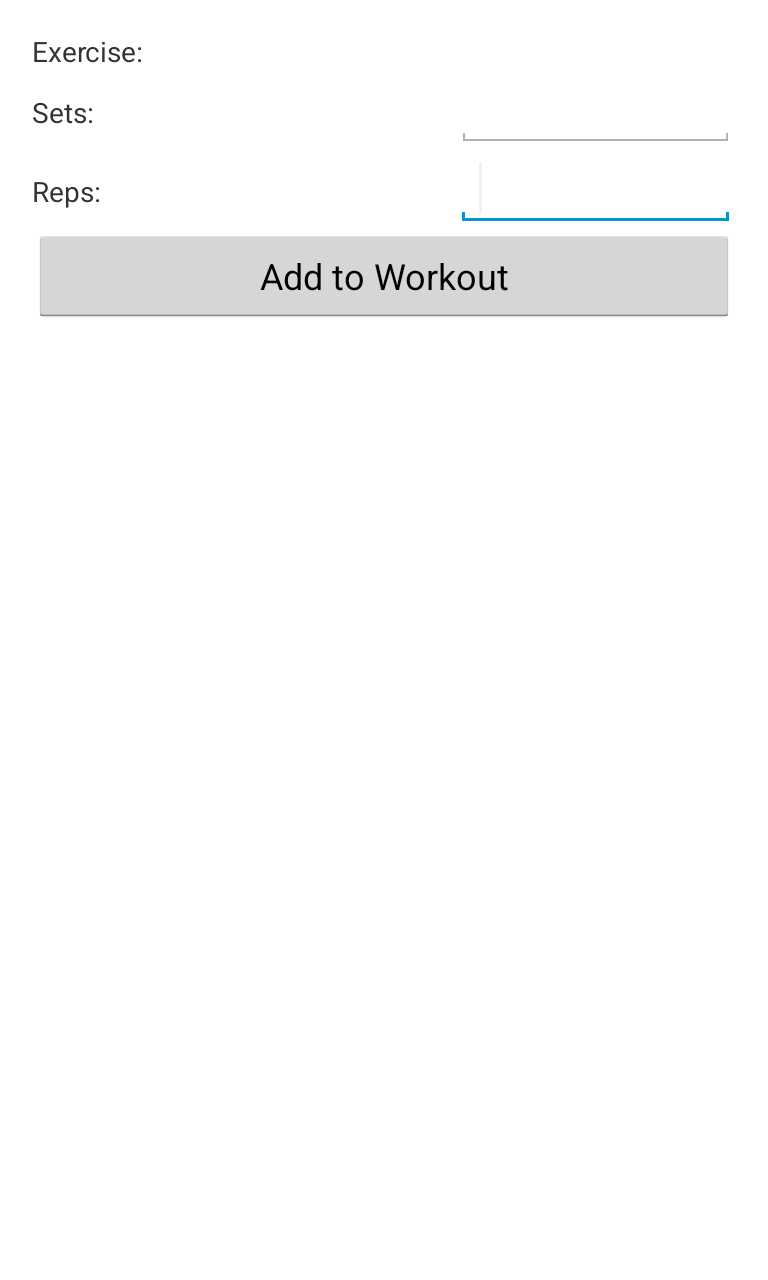
Repository: jmcdon09/EZWorkout
Layout: EzTrain/EzTrain/res/layout/activity_preview_exercise.xml
These files come from the project's save history. The layout is drawn as it stood at one moment and after the next save; the edit follows.
It is drawn on a 768 x 1280 px phone screen (xhdpi) without system bars, with theme AppTheme; the app's code is not run.

Above is the layout before, as saved 2014-03-27 23:33:55.

### EzTrain/EzTrain/res/layout/activity_preview_exercise.xml
<LinearLayout xmlns:android="http://schemas.android.com/apk/res/android"
    xmlns:tools="http://schemas.android.com/tools"
    android:id="@+id/LinearLayout1"
    android:layout_width="match_parent"
    android:layout_height="match_parent"
    android:orientation="vertical"
    android:paddingBottom="@dimen/activity_vertical_margin"
    android:paddingLeft="@dimen/activity_horizontal_margin"
    android:paddingRight="@dimen/activity_horizontal_margin"
    android:paddingTop="@dimen/activity_vertical_margin"
    tools:context=".PreviewExercise" >

    <LinearLayout
        android:weightSum="100"
        android:layout_width="match_parent"
        android:layout_height="wrap_content"
        android:orientation="horizontal" >

        <TextView
            android:layout_weight="60"
            android:layout_width="fill_parent"
            android:layout_height="wrap_content"
            android:text="@string/exercise" />

        <TextView
            android:layout_weight="40"
            android:id="@+id/preview_exercise_name"
            android:layout_width="fill_parent"
            android:layout_height="wrap_content" />

    </LinearLayout>

    <LinearLayout
        android:weightSum="100"
        android:layout_width="fill_parent"
        android:layout_height="wrap_content"
        android:orientation="horizontal" >

        <TextView
            android:layout_weight="40"
            android:layout_width="fill_parent"
            android:layout_height="wrap_content"
            android:text="@string/preview_exer_set" />

        <EditText
            android:layout_weight="60"
            android:id="@+id/preview_exer_set_number"
            android:layout_width="fill_parent"
            android:layout_height="wrap_content"
            android:ems="10"
            android:inputType="numberSigned" >

            <requestFocus />
        </EditText>
    </LinearLayout>

    <LinearLayout
        android:weightSum="100"
        android:layout_width="fill_parent"
        android:layout_height="wrap_content"
        android:orientation="horizontal" >

        <TextView
            android:layout_weight="40"
            android:layout_width="fill_parent"
            android:layout_height="wrap_content"
            android:text="@string/preview_exer_reps" />

        <EditText
            android:layout_weight="60"
            android:id="@+id/preview_exer_rep_number"
            android:layout_width="fill_parent"
            android:layout_height="wrap_content"
            android:ems="10"
            android:inputType="numberSigned" >

            <requestFocus />
        </EditText>
    </LinearLayout>

    <Button
        android:id="@+id/button1"
        android:layout_width="fill_parent"
        android:layout_gravity="center"
        android:layout_height="wrap_content"
        android:text="Add to Workout" />

</LinearLayout>

### EzTrain/EzTrain/res/values-v11/styles.xml
<?xml version="1.0" encoding="utf-8"?>
<resources>

    <!--
        Base application theme for API 11+. This theme completely replaces
        AppBaseTheme from res/values/styles.xml on API 11+ devices.
    -->
    <style name="AppBaseTheme" parent="android:Theme.Holo.Light">
        <!-- API 11 theme customizations can go here. -->
    </style>

    <style name="FullscreenTheme" parent="android:Theme.Holo">
        <item name="android:actionBarStyle">@style/FullscreenActionBarStyle</item>
        <item name="android:windowActionBarOverlay">true</item>
        <item name="android:windowBackground">@null</item>
        <item name="buttonBarStyle">?android:attr/buttonBarStyle</item>
        <item name="buttonBarButtonStyle">?android:attr/buttonBarButtonStyle</item>
    </style>

    <style name="FullscreenActionBarStyle" parent="android:Widget.Holo.Light.ActionBar">
        <item name="android:background">@color/action_bar_background</item>
        <item name="android:actionMenuTextColor">@color/black_overlay</item>
    </style>

</resources>

### EzTrain/EzTrain/res/values-v14/styles.xml
<resources>

    <!--
        Base application theme for API 14+. This theme completely replaces
        AppBaseTheme from BOTH res/values/styles.xml and
        res/values-v11/styles.xml on API 14+ devices.
    -->
    <style name="AppBaseTheme" parent="@android:style/Theme.Holo.Light.DarkActionBar">
        <!-- API 14 theme customizations can go here. -->
        <item name="android:actionBarStyle">@style/MyActionBar</item>


    </style>

    <style name="MyActionBar" parent="@android:style/Widget.Holo.Light.ActionBar">
        <item name="android:background">@color/action_bar_background</item>
        <item name="android:titleTextStyle">@style/MyActionBarTitle</item>
    </style>

	<style name="MyActionBarTitle" parent="@android:style/TextAppearance.Holo.Widget.ActionBar.Title">
	    <item name="android:textColor">@color/title</item>

	</style>



</resources>

### EzTrain/EzTrain/res/values/colors.xml
<resources>

    <color name="action_bar_background">#4db6af</color>
    <color name="black_overlay">#66000000</color>
    <color name="background">#eee</color>
    <color name="font">#444</color>
    <color name="accent">#ccc</color>
    <color name="title">#FFF</color>

</resources>

### EzTrain/EzTrain/res/values/strings.xml
<?xml version="1.0" encoding="utf-8"?>
<resources>

    <string name="app_name">EZWorkout</string>

    <string-array name="muscle_groups">
        <item>Arms</item>
        <item>Abdominals</item>
        <item>Chest</item>
        <item>Back</item>
        <item>Legs</item>
        <item>Shoulders</item>
    </string-array>

    <string-array name="my_workouts">
        <item>Biceps</item>
        <item>Major Chest Workout</item>
    </string-array>

    <string-array name="chest">
        <item>Benchpress</item>
        <item>Butterflys</item>
        <item>Push Ups</item>
        <item>Iron Cross</item>
        <item>Decline Dumbell Press</item>
        <item></item>
    </string-array>

    <string-array name="arms">
        <item>Bicep Curls</item>
        <item>Spider Curls</item>
        <item>Tricep Dips</item>
        <item>Skullcrushers</item>
        <item>French Press</item>
    </string-array>

    <string-array name="shoudlers">
        <item>Shoulder Abduction</item>
        <item>Military Press</item>
    </string-array>

    <string-array name="abdominals">
        <item>Crunches</item>
        <item>Russian Twists</item>
        <item>Sit-ups</item>
        <item>Toe Touches</item>
    </string-array>

    <string-array name="legs">
        <item>One Legged Squats</item>
        <item>Romanian Deadlifts</item>
        <item>Trap Bar Deadlifts</item>
        <item>Box Jumps</item>
    </string-array>

    <string-array name="back">
        <item>Standing Good Mornings</item>
        <item>Seated Good Mornings</item>
        <item>Reverse Hypers</item>
        <item>Chin Ups</item>
    </string-array>

    <string name="workout_now">Start Workout</string>
    <string name="progress">My Progress</string>
    <string name="design_work">Design Workout</string>
    <string name="title_activity_start_workout">Start Workout</string>
    <string name="title_activity_my_progress">My Progress</string>
    <string name="title_activity_design_workout">Design Workout</string>
    <string name="title_activity_add_exercises">Add Exercises</string>
    <string name="title_activity_create_exercise">Create Exercise</string>
    <string name="title_activity_preview_workout">Preview Workout</string>
    <string name="title_activity_my_workouts">My Workouts</string>
    <string name="title_activity_workout">Workout</string>
    <string name="title_activity_active_workout">Active Workout</string>
    <string name="workout_name">Workout Name</string>
    <string name="return_workout"></string>
    <string name="action_settings">Action Settings</string>
    <string name="add_exercise_to_workout">Add Exercises to </string>
    <string name="add_exercise">Add Exercise</string>
    <string name="begin_design">Start Design</string>
    <string name="create_exercise">Create Exercise</string>
    <string name="muscle_group">Muscle Group</string>
    <string name="workout_description">Workout Description</string>
    <string name="related_workouts">Related Workouts</string>
    <string name="my_workouts">My Workouts</string>
    <string name="exercises">Exercises</string>
    <string name="start_workout">Start Workout</string>
    <string name="browse_workouts">Browse Workouts</string>
    <string name="exercise_name">Exercise Name</string>
    <string name="set_number">Set #</string>
    <string name="reps">Repitions</string>
    <string name="rep_hint">Rep hint goes here</string>
    <string name="weight">Weight</string>
    <string name="table_exercise">Exercise</string>
    <string name="table_sets">Sets</string>
    <string name="table_reps">Repititions</string>
    <string name="action_home">Home</string>
    <string name="exercise1">Bench press </string>
    <string name="set1">4</string>
    <string name="rep1">8#821112</string>
    <string name="exercise_detail">Details here</string>
    <string name="title_activity_preview_exercise">Preview Exercise</string>
    <string name="hello_world">Hello world!</string>
    <string name="preview_workout">Preview Workout</string>
    <string name="title_activity_preview_design">Preview Design</string>
    <string name="exercise">Exercise: </string>
    <string name="preview_exer_set">Sets: </string>
    <string name="preview_exer_reps">Reps: </string>

</resources>

Loaded but not shown: EzTrain/EzTrain/res/values/styles.xml (common file); EzTrain/EzTrain/res/values/dimens.xml (common file)

After the next save:
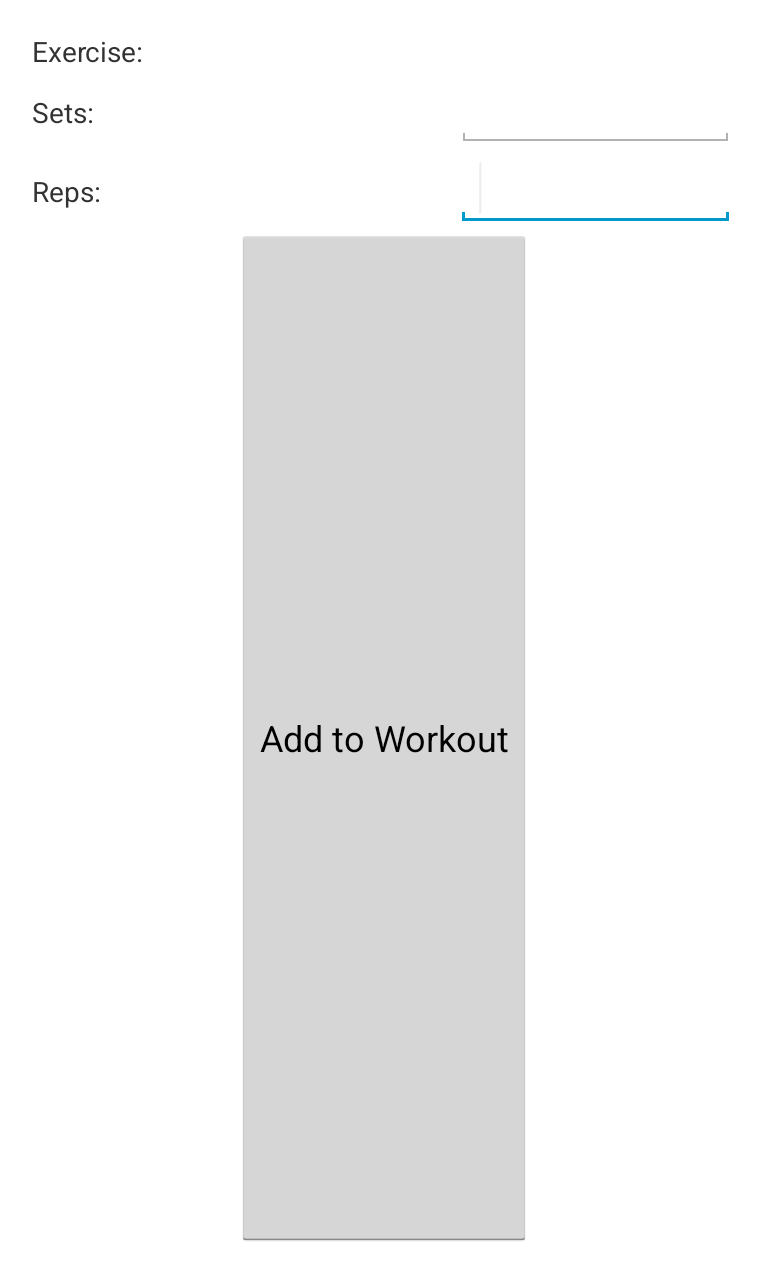
Saved 20 s later.
--- a/EzTrain/EzTrain/res/layout/activity_preview_exercise.xml
+++ b/EzTrain/EzTrain/res/layout/activity_preview_exercise.xml
@@ -80,7 +80,8 @@
 
     <Button
         android:id="@+id/button1"
-        android:layout_width="fill_parent"
+        android:layout_weight="0.44"
+        android:layout_width="wrap_content"
         android:layout_gravity="center"
         android:layout_height="wrap_content"
         android:text="Add to Workout" />
